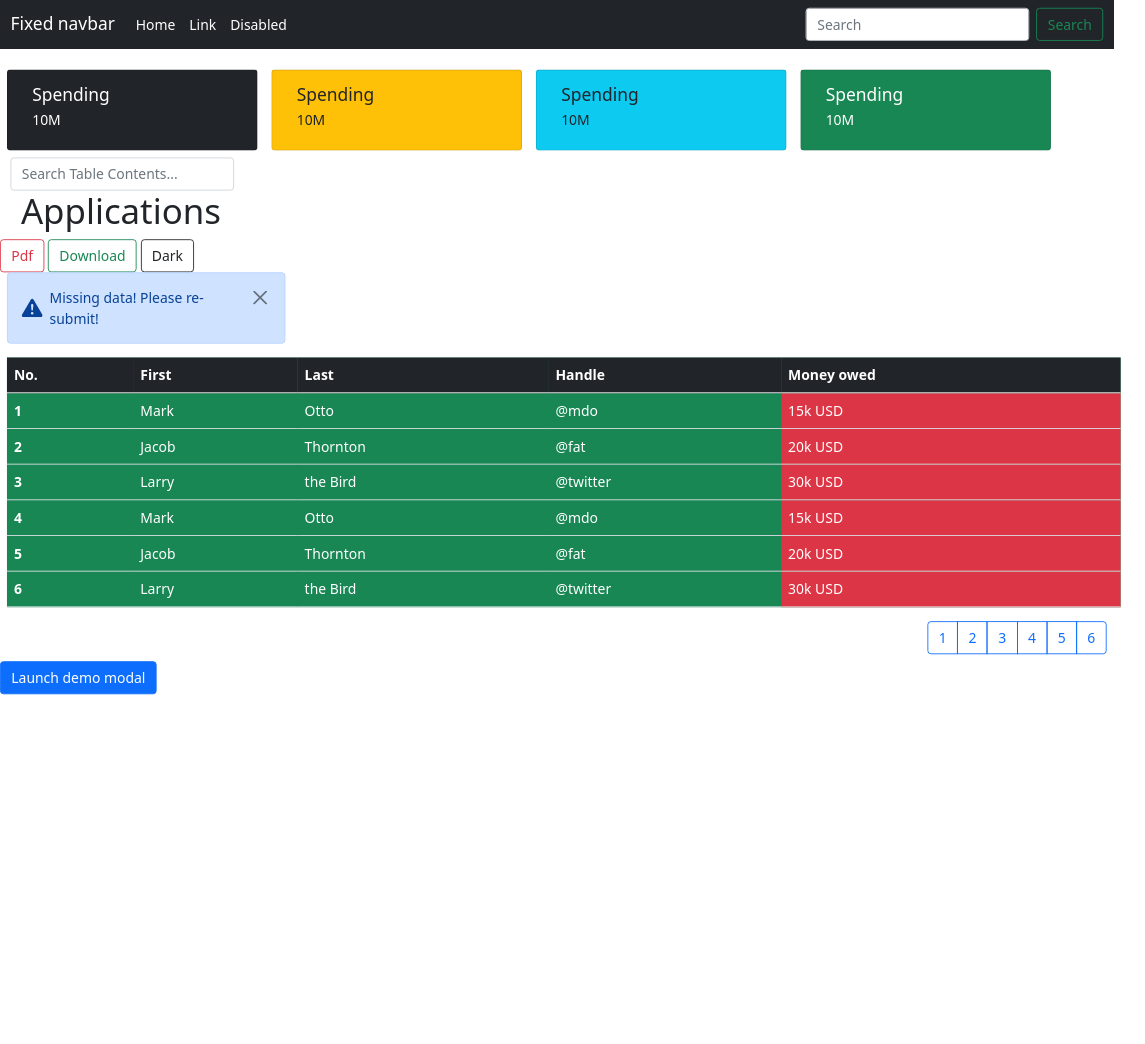
Repository: Dayvid0/BOOTSTRAP-TUTORIALS
Page: BOOTSTRAP-GRID-LAYOUTS/zylo.html
The author's editor kept a copy of each file at every save. The page is drawn from the files as they stood at one save, then again after the next save.
The browser window is 1280 px wide. The page is 1316 px wide, so the pictures cover 1316 px, including what lies to the right of the window. The pictures show the whole page, at 87% of full size.

Above is the page before, as saved 2025-02-01 09:28:27.

After the next save:
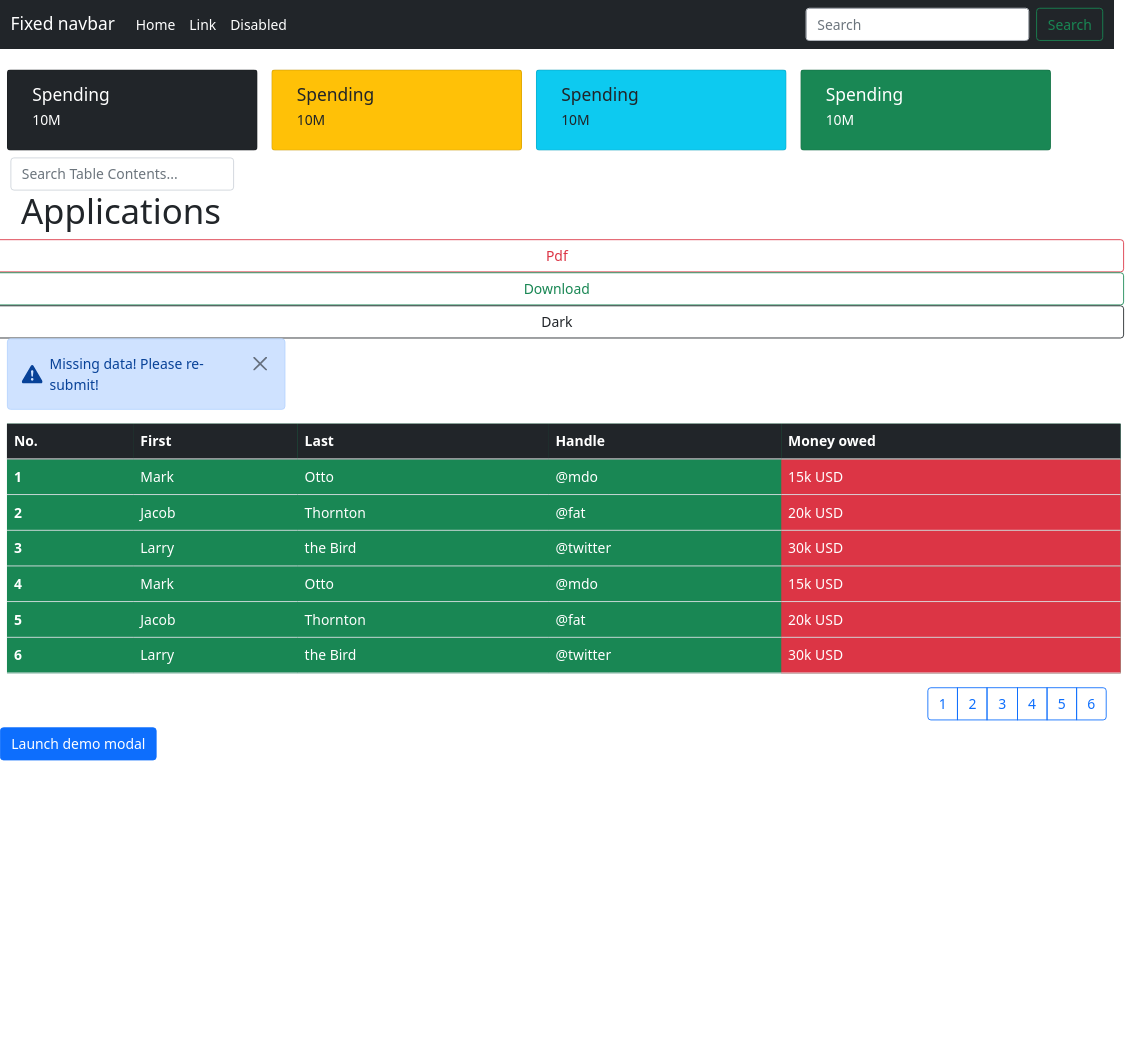
Saved 97 s later.
--- a/BOOTSTRAP-GRID-LAYOUTS/zylo.html
+++ b/BOOTSTRAP-GRID-LAYOUTS/zylo.html
@@ -71,10 +71,12 @@
       <div class="row">
         <input class="form-control  mx-4 w-auto " type="search" placeholder="Search Table Contents..." aria-label="Search">
         <h1 class="mx-4">Applications</h1>
+      </div><!--buttons-->
+      <div class="row">
+        <button type="button" class="btn btn-outline-danger">Pdf</button>
+        <button type="button" class="btn btn-outline-success">Download</button>
+        <button type="button" class="btn btn-outline-dark">Dark</button>
       </div>
-<button type="button" class="btn btn-outline-danger">Pdf</button>
-<button type="button" class="btn btn-outline-success">Download</button>
-<button type="button" class="btn btn-outline-dark">Dark</button>
       <!--Alerts-->
       <div class="alert alert-primary d-flex align-items-left  w-25 mx-2" role="alert">
         <div class="d-flex align-items-center w-">

After the save that followed:
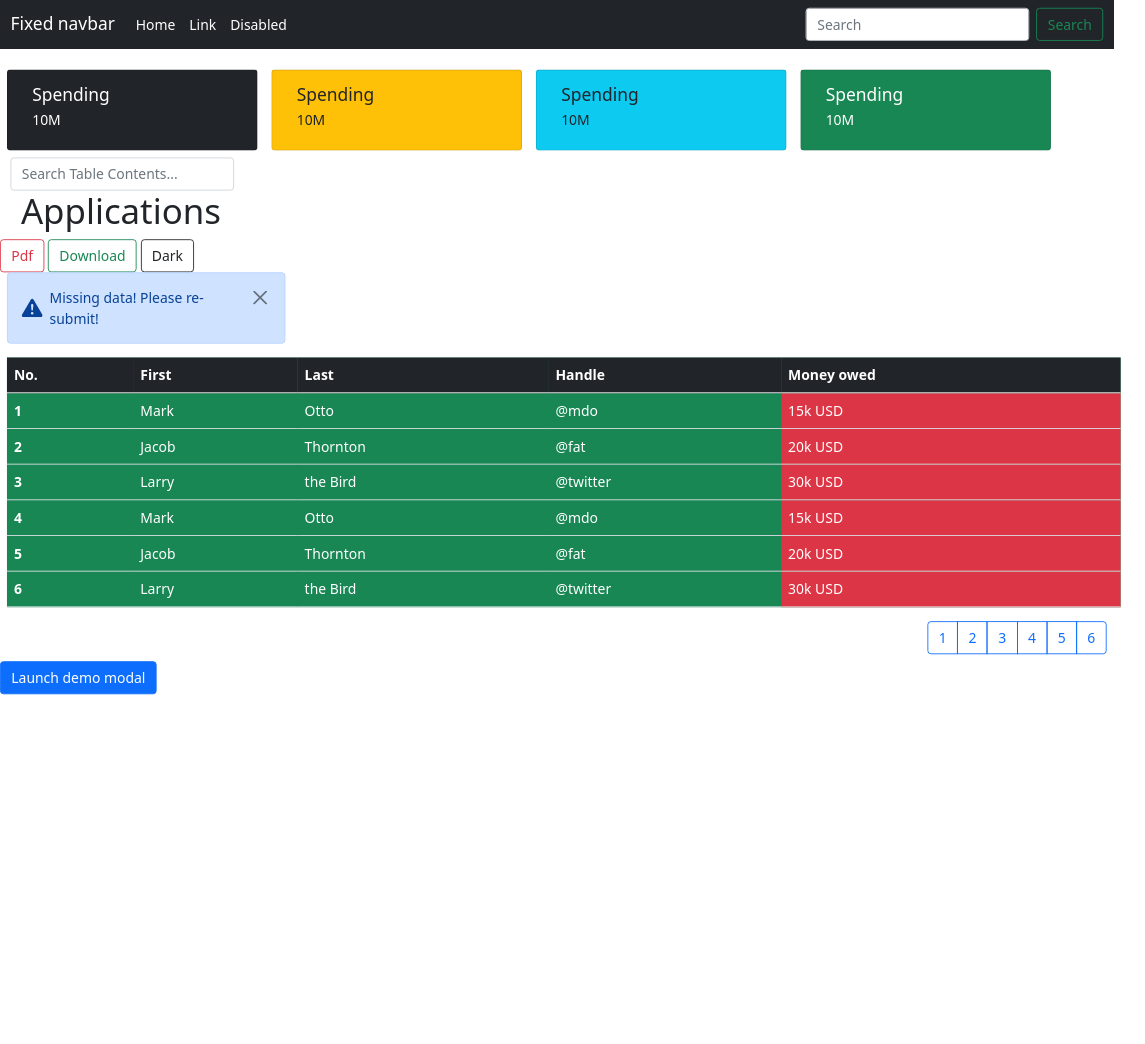
Saved 16 s later.
--- a/BOOTSTRAP-GRID-LAYOUTS/zylo.html
+++ b/BOOTSTRAP-GRID-LAYOUTS/zylo.html
@@ -72,7 +72,7 @@
         <input class="form-control  mx-4 w-auto " type="search" placeholder="Search Table Contents..." aria-label="Search">
         <h1 class="mx-4">Applications</h1>
       </div><!--buttons-->
-      <div class="row">
+      <div class="col">
         <button type="button" class="btn btn-outline-danger">Pdf</button>
         <button type="button" class="btn btn-outline-success">Download</button>
         <button type="button" class="btn btn-outline-dark">Dark</button>
